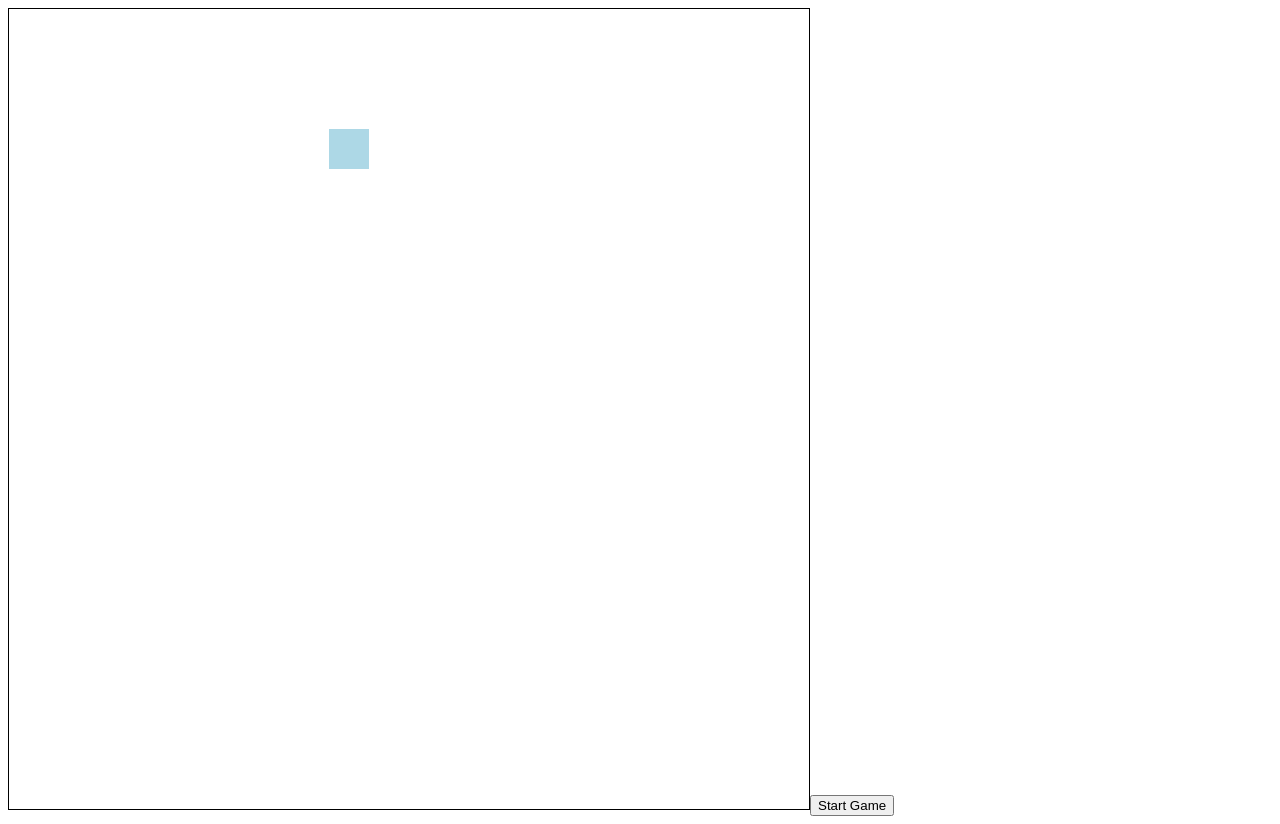
Repository: JonoBowenDev/react-snake
Page: /
These files come from the project's save history. The page is drawn as it stood at one moment and after the next save; the edit follows.
The browser window is 1280 px wide. The pictures show the whole page.
The project was rebuilt for these pictures with package versions that can differ from the ones it lists, and the page was loaded fresh each time.

Above is the page before, as saved 2021-03-18 16:22:43.

### src/App.js
import React, { useState, useRef, useEffect } from 'react'
import { useInterval } from "./useInterval";
import {
  CANVAS_SIZE,
  SNAKE_START,
  APPLE_START,
  SCALE,
  SPEED,
  DIRECTIONS
} from "./constants";

export default function App() {

  const canvasRef = useRef();
  const [snake, setSnake] = useState(SNAKE_START);
  const [apple, setApple] = useState(APPLE_START);
  const [direction, setDirection] = useState([0, -1]);
  const [speed, setSpeed] = useState(500);
  const [gameOver, setGameOver] = useState(false);

  // Collision functions
  const checkCollision = (piece, snk = snake) => {

  }

  const checkAppleCollision = () => {

  }

  // Gameplay functions
  const startGame = () => {
    setSnake(SNAKE_START);
    setApple(SNAKE_START);
    setDirection([0, -1]) // up
    setSpeed(SPEED);
    setGameOver(false);
  }

  const endGame = () => {
    setSpeed(null);
    setGameOver(true);
  }

  const moveSnake = ({ keyCode }) => keyCode >= 37 && keyCode <= 40 && setDirection(DIRECTIONS[keyCode]);

  const createApple = () => {

  }

  const gameLoop = () => {
    const snakeCopy = JSON.parse(JSON.stringify(snake));
    const newSnakeHead = [snakeCopy[0][0] + direction[0], snakeCopy[0][1] + direction[1]];
    snakeCopy.unshift(newSnakeHead);
    snakeCopy.pop();
    setSnake(snakeCopy);
  }

  useEffect(() => {
    // Setup
    const context = canvasRef.current.getContext("2d");
    context.setTransform(SCALE, 0, 0, SCALE, 0, 0);
    context.clearRect(0, 0, CANVAS_SIZE[0], CANVAS_SIZE[1]);

    // Snake
    context.fillStyle="pink";
    snake.forEach(([x, y]) => context.fillRect(x, y, 1, 1));

    // Apple
    context.fillStyle="lightblue";
    context.fillRect(apple[0], apple[1], 1, 1);

  }, [snake, apple, gameOver]);

  useInterval(() => gameLoop(), speed);

  return (
    <div role="button" tabIndex="0" onKeyDown={e => moveSnake(e)}>

      <canvas
        style={{ border: "1px solid black"}}
        ref={canvasRef}
        width={`${CANVAS_SIZE[0]}px`}
        height={`${CANVAS_SIZE[1]}px`}
        />

      {gameOver && <div>GAME OVER!</div>}

      <button onClick={startGame}>Start Game</button>

    </div>
  )
}

### src/constants.js
const CANVAS_SIZE = [800, 800];
const SNAKE_START = [
  [8, 7],
  [8, 8]
];
const APPLE_START = [8, 3];
const SCALE = 40;
const SPEED = 100;
const DIRECTIONS = {
  38: [0, -1], // up
  40: [0, 1], // down
  37: [-1, 0], // left
  39: [1, 0] // right
};

export {
  CANVAS_SIZE,
  SNAKE_START,
  APPLE_START,
  SCALE,
  SPEED,
  DIRECTIONS
};

Loaded but not shown: public/index.html (common file); src/index.js (common file); src/useInterval.js (common file)

After the next save:
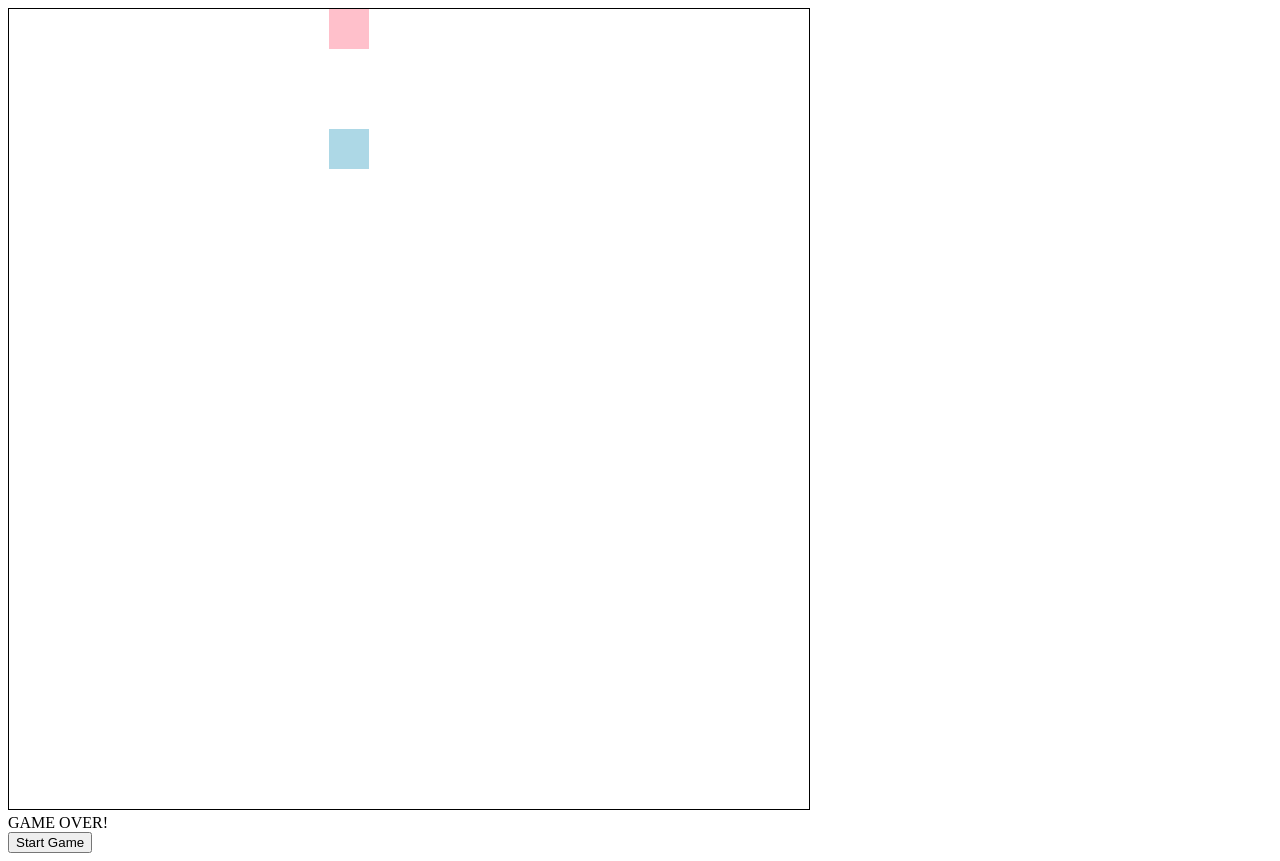
Saved 4 min 49 s later.
--- a/src/App.js
+++ b/src/App.js
@@ -20,7 +20,13 @@ export default function App() {
 
   // Collision functions
   const checkCollision = (piece, snk = snake) => {
-
+    if (
+      piece[0] * SCALE >= CANVAS_SIZE[0] ||
+      piece[0] < 0 ||
+      piece[1] * SCALE >= CANVAS_SIZE[1] ||
+      piece[1] < 0
+    )
+    return true;
   }
 
   const checkAppleCollision = () => {
@@ -51,6 +57,7 @@ export default function App() {
     const snakeCopy = JSON.parse(JSON.stringify(snake));
     const newSnakeHead = [snakeCopy[0][0] + direction[0], snakeCopy[0][1] + direction[1]];
     snakeCopy.unshift(newSnakeHead);
+    if (checkCollision(newSnakeHead)) endGame();
     snakeCopy.pop();
     setSnake(snakeCopy);
   }
